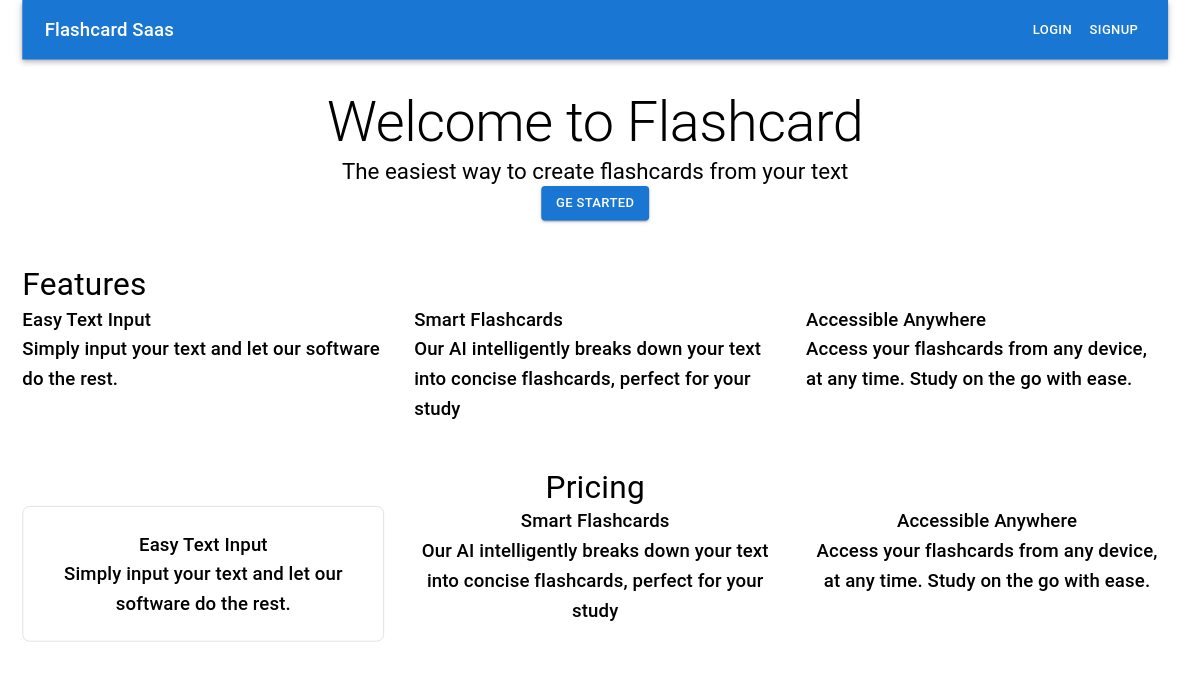
Repository: rakeshpuppala2590/AI-Flashcards-Stripe
Page: /
An editor plug-in stored every save of this project. The page is shown before and after the next save, followed by the edit.
The browser window is 1280 px wide. The pictures show the whole page, at 93% of full size.
The page's requests for data from a server got no answer. The project was rebuilt for these pictures with package versions that can differ from the ones it lists, and the page was loaded fresh each time. Some packages were replaced by stand-ins written for this rebuild. The framework's server and built-in components were replaced by stand-ins that run in the browser. No one was signed in, and anything a server would have sent is missing. Also part of the build but not shown: next.config.mjs.

Above is the page before, as saved 2024-08-12 15:05:49.

### src/app/page.js
import getStripe from "../../utils/get-stripe";
import { SignedIn, SignedOut, UserButton } from "@clerk/nextjs";
import Head from "next/head";
import {
  Grid,
  AppBar,
  Button,
  Container,
  Toolbar,
  Typography,
  Box,
} from "@mui/material";

export default function Home() {
  return (
    <Container maxWidth="100vW">
      <Head>
        <title>Flashcard Saas</title>
        <meta
          name="description"
          content="create flashcard from your text"
        ></meta>
      </Head>

      <AppBar position="static">
        <Toolbar>
          <Typography variant="h6" style={{ flexGrow: 1 }}>
            Flashcard Saas
          </Typography>
          <SignedOut>
            <Button color="inherit">Login</Button>
            <Button color="inherit">SignUp</Button>
          </SignedOut>
          <SignedIn>
            <Button>Logout</Button>
          </SignedIn>
        </Toolbar>
      </AppBar>

      <Box
        sx={{
          textAlign: "center",
          my: 4,
        }}
      >
        <Typography variant="h2">Welcome to Flashcard</Typography>
        <Typography variant="h5">
          {" "}
          The easiest way to create flashcards from your text
        </Typography>
        <Button variant="contained" color="primary">
          Ge Started
        </Button>
      </Box>
      <Box sx={{ my: 6 }}>
        <Typography variant="h4">Features</Typography>
        <Grid container spacing={4}>
          <Grid item xs={12} md={4}>
            {" "}
            <Typography variant="h6">Easy Text Input</Typography>
            <Typography variant="h6"> </Typography>
            <Typography variant="h6">
              Simply input your text and let our software do the rest.
            </Typography>
          </Grid>
          <Grid item xs={12} md={4}>
            {" "}
            <Typography variant="h6">Smart Flashcards</Typography>
            <Typography variant="h6"> </Typography>
            <Typography variant="h6">
              Our AI intelligently breaks down your text into concise
              flashcards, perfect for your study
            </Typography>
          </Grid>
          <Grid item xs={12} md={4}>
            {" "}
            <Typography variant="h6">Accessible Anywhere</Typography>
            <Typography variant="h6"> </Typography>
            <Typography variant="h6">
              Access your flashcards from any device, at any time. Study on the
              go with ease.
            </Typography>
          </Grid>
        </Grid>
      </Box>
      <Box sx={{ my: 6, textAlign: "center" }}>
        <Typography variant="h4">Pricing</Typography>
        <Grid container spacing={4}>
          <Grid item xs={12} md={4}>
            <Box
              sx={{
                p: 3,
                border: "1px solid",
                borderColor: "grey.300",
                borderRadius: 2,
              }}
            >
              <Typography variant="h6">Easy Text Input</Typography>
              <Typography variant="h6"> </Typography>
              <Typography variant="h6">
                {" "}
                Simply input your text and let our software do the rest.
              </Typography>
            </Box>
          </Grid>
          <Grid item xs={12} md={4}>
            {" "}
            <Typography variant="h6">Smart Flashcards</Typography>
            <Typography variant="h6"> </Typography>
            <Typography variant="h6">
              Our AI intelligently breaks down your text into concise
              flashcards, perfect for your study
            </Typography>
          </Grid>
          <Grid item xs={12} md={4}>
            {" "}
            <Typography variant="h6">Accessible Anywhere</Typography>
            <Typography variant="h6"> </Typography>
            <Typography variant="h6">
              Access your flashcards from any device, at any time. Study on the
              go with ease.
            </Typography>
          </Grid>
        </Grid>
      </Box>
    </Container>
  );
}

### utils/get-stripe.js
import { loadStripe } from "@stripe/stripe-js";
let stripePromise;
const getStripe = () => {
  if (!stripePromise) {
    stripePromise = loadStripe(process.env.NEXTJS_PUBLIC_STRIPE_PULIC_KEY);
  }
  return stripePromise;
};
export default getStripe;

Loaded but not shown: src/app/layout.js (common file); src/app/globals.css (common file); tailwind.config.js (common file)

After the next save:
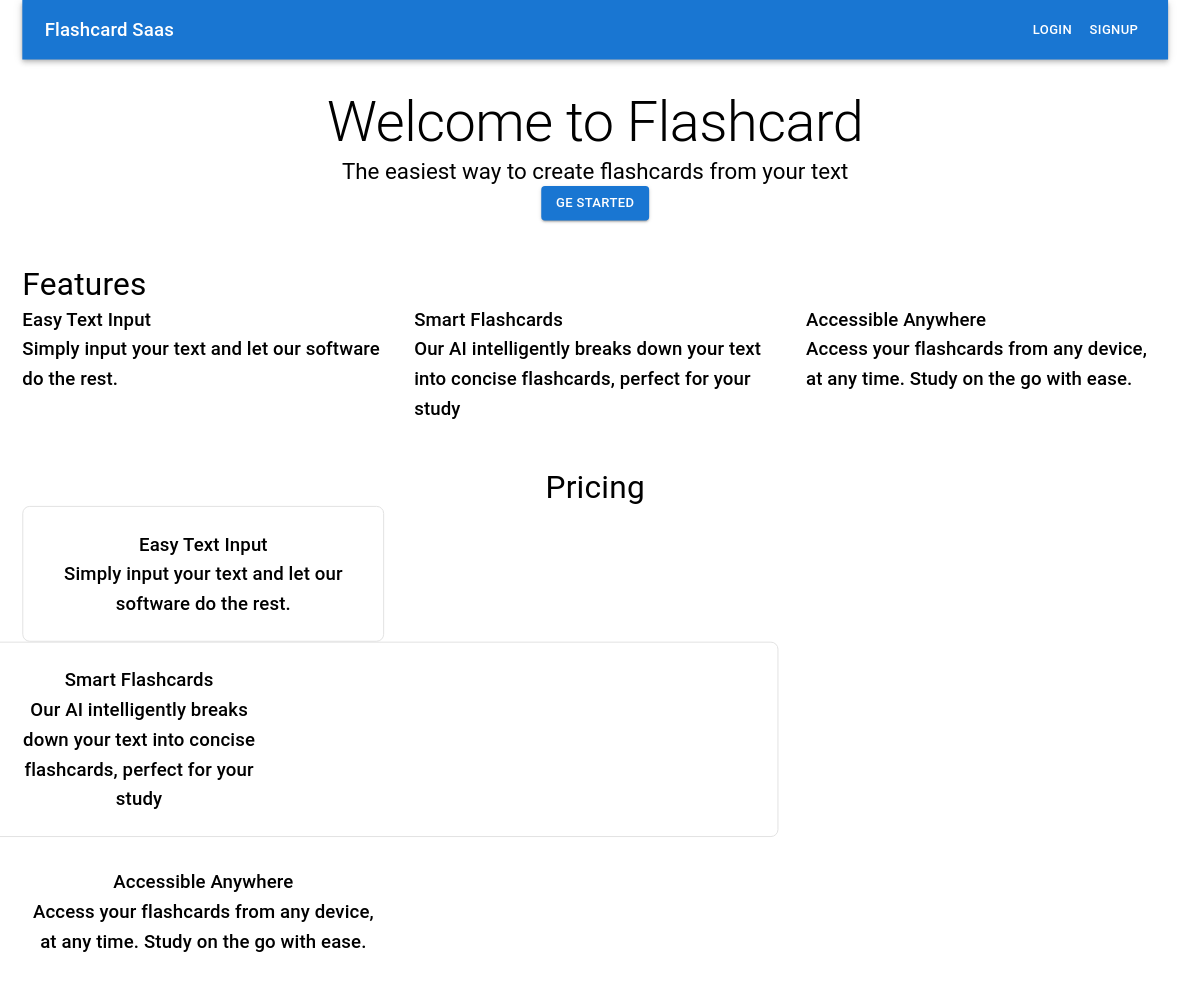
Saved 24 s later.
--- a/src/app/page.js
+++ b/src/app/page.js
@@ -103,15 +103,24 @@ export default function Home() {
               </Typography>
             </Box>
           </Grid>
-          <Grid item xs={12} md={4}>
-            {" "}
-            <Typography variant="h6">Smart Flashcards</Typography>
-            <Typography variant="h6"> </Typography>
-            <Typography variant="h6">
-              Our AI intelligently breaks down your text into concise
-              flashcards, perfect for your study
-            </Typography>
-          </Grid>
+          <Box
+            sx={{
+              p: 3,
+              border: "1px solid",
+              borderColor: "grey.300",
+              borderRadius: 2,
+            }}
+          >
+            <Grid item xs={12} md={4}>
+              {" "}
+              <Typography variant="h6">Smart Flashcards</Typography>
+              <Typography variant="h6"> </Typography>
+              <Typography variant="h6">
+                Our AI intelligently breaks down your text into concise
+                flashcards, perfect for your study
+              </Typography>
+            </Grid>
+          </Box>
           <Grid item xs={12} md={4}>
             {" "}
             <Typography variant="h6">Accessible Anywhere</Typography>
